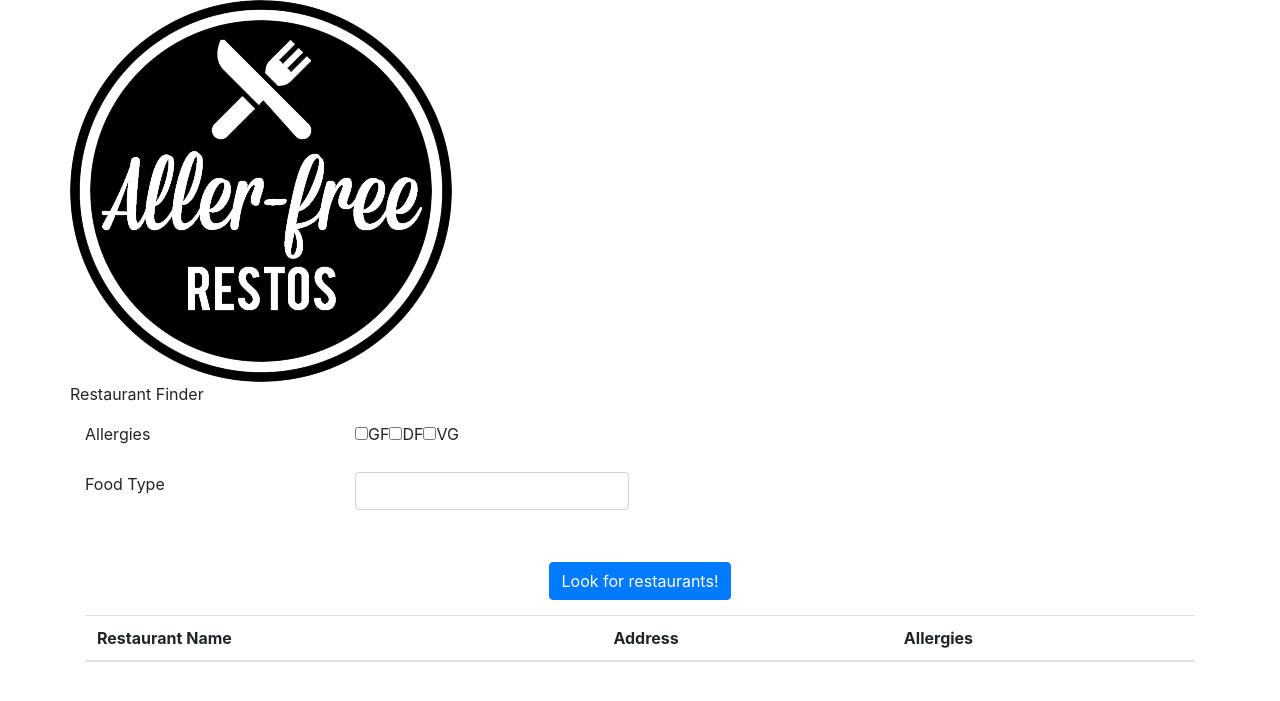
Repository: KobeRox/Loremips
Page: index.html
The author's editor kept a copy of each file at every save. The page is drawn from the files as they stood at one save, then again after the next save.
The browser window is 1280 px wide. The pictures show the whole page.
Some web libraries are served in a nearby version.

Above is the page before, as saved 2019-09-08 16:27:32.
Console error: TypeError: Cannot read properties of undefined (reading 'fn')

### index.html
<html>

<head>
    <link rel="stylesheet" src="style.css">
    <link rel="stylesheet" href="https://stackpath.bootstrapcdn.com/bootstrap/4.3.1/css/bootstrap.min.css"
        integrity="sha384-ggOyR0iXCbMQv3Xipma34MD+dH/1fQ784/j6cY/iJTQUOhcWr7x9JvoRxT2MZw1T" crossorigin="anonymous">
    <script src="https://stackpath.bootstrapcdn.com/bootstrap/4.3.1/js/bootstrap.min.js"
        integrity="sha384-JjSmVgyd0p3pXB1rRibZUAYoIIy6OrQ6VrjIEaFf/nJGzIxFDsf4x0xIM+B07jRM"
        crossorigin="anonymous"></script>
    <script src="https://ajax.googleapis.com/ajax/libs/jquery/3.4.1/jquery.min.js"></script>
    <script src="https://code.jquery.com/ui/1.12.1/jquery-ui.min.js"></script>
    <script src="zomato_cuisines.js"></script>
    <script src="zomato_restaurants.js"></script>
    <script src="contractResponse.js"></script>
    <script src="convertDataToHtml.js"></script>
    <script type="text/javascript" charset="utf-8">

        $(document).ready(function () {
            $("#searchbar").autocomplete({
                minLength: 0,
                source: get_cuisineList(),
                focus: function (event, ui) {
                    $("#searchbar").val(ui.item.label);
                    return false;
                },
                select: function (event, ui) {
                    $("#searchbar").val(ui.item.label);
                    return false;
                }
            })

            $("#clicking").click(function () {
                var search = $('#searchbar').val();
                console.log(search)
                var c_list = get_cuisineList();
                console.log(c_list);
                var c_id = get_cuisineId(search);
                console.log(c_id);
                get_restaurants(c_id, function (data) {
                    console.log(data);
                    convertDataToHtml(data);
                });
            });
        });
    </script>
</head>

<body>
    <div class="container">
        <div class="panel-heading">
            <div class="row">
				<div class="col-xs-12">
					<img src="allerfreerestos_logo.png">
				</div>
            </div>
        </div>
        <div class="panel-body">

            <div class="row" style="text-align: center;">
                <p>Restaurant Finder</p>
            </div>
            <div class="row" style="margin-bottom: 10px;">
                <div class="col-xs-3 col-md-3">
                    <p>Allergies</p>
                </div>
                <div class=" col-xs-3 checkbox" style="margin-top: 0px !important">
                    <label>
                        <input type="checkbox" value="apple">GF
                    </label>
                </div>
                <div class=" col-xs-3 checkbox">
                    <label>
                        <input type="checkbox" value="pear">DF
                    </label>
                </div>
                <div class=" col-xs-3 checkbox">
                    <label>
                        <input type="checkbox" value="orange">VG
                    </label>
                </div>
            </div>


            <div class="row" style="margin-bottom: 50px;">
                <div class="col-xs-3 col-md-3">
                    <p>Food Type</p>
                </div>


                <div >
                    <input type="text" class="form-control" id='searchbar'>
                </div>

            </div>
            <div class="row" style="text-align: center;">
                <div class="col-xs-12 col-md-12">
                    <button type="button" class="btn btn-primary" style="margin-bottom: 15px;" id="clicking">Look
                        for restaurants!</button>
                </div>
            </div>
        </div>

        <div class="row">
            <div class="col-xs-12 col-md-12">
                <table class="table">
                    <thead>
                        <tr>
                            <th scope="col">Restaurant Name</th>
                            <th scope="col">Address</th>
                            <th scope="col">Allergies</th>
                        </tr>
                    <tbody id="restoResults">

                    </tbody>
                    </thead>
                </table>
            </div>


        </div>
        <!-- <div class="panel-footer"></div> -->
    </div>


</body>

</html>

### zomato_cuisines.js
function get_cuisineId(name){

	for(var i=0; i<list_cuisine.length; i++){
		if (list_cuisine[i]["cuisine"]["cuisine_name"] == name)
			return list_cuisine[i]["cuisine"]["cuisine_id"];
	}
}

function get_cuisineList(){
	var cuisine_names= [];
	for(var i=0; i<6; i++){
		cuisine_names.push(list_cuisine[i]["cuisine"]["cuisine_name"]);
	}
	return cuisine_names;
}
var  list_cuisine = [
        {
            "cuisine": {
                "cuisine_id": 6,
                "cuisine_name": "Afghani"
            }
        },
        {
            "cuisine": {
                "cuisine_id": 152,
                "cuisine_name": "African"
            }
        },
        {
            "cuisine": {
                "cuisine_id": 1,
                "cuisine_name": "American"
            }
        },
        {
            "cuisine": {
                "cuisine_id": 4,
                "cuisine_name": "Arabian"
            }
        },
        {
            "cuisine": {
                "cuisine_id": 151,
                "cuisine_name": "Argentine"
            }
        },
        {
            "cuisine": {
                "cuisine_id": 3,
                "cuisine_name": "Asian"
            }
        },
        {
            "cuisine": {
                "cuisine_id": 401,
                "cuisine_name": "Asian Fusion"
            }
        },
        {
            "cuisine": {
                "cuisine_id": 193,
                "cuisine_name": "BBQ"
            }
        },
        {
            "cuisine": {
                "cuisine_id": 5,
                "cuisine_name": "Bakery"
            }
        },
        {
            "cuisine": {
                "cuisine_id": 227,
                "cuisine_name": "Bar Food"
            }
        },
        {
            "cuisine": {
                "cuisine_id": 132,
                "cuisine_name": "Belgian"
            }
        },
        {
            "cuisine": {
                "cuisine_id": 270,
                "cuisine_name": "Beverages"
            }
        },
        {
            "cuisine": {
                "cuisine_id": 159,
                "cuisine_name": "Brazilian"
            }
        },
        {
            "cuisine": {
                "cuisine_id": 133,
                "cuisine_name": "British"
            }
        },
        {
            "cuisine": {
                "cuisine_id": 247,
                "cuisine_name": "Bubble Tea"
            }
        },
        {
            "cuisine": {
                "cuisine_id": 168,
                "cuisine_name": "Burger"
            }
        },
        {
            "cuisine": {
                "cuisine_id": 1039,
                "cuisine_name": "Cafe Food"
            }
        },
        {
            "cuisine": {
                "cuisine_id": 111,
                "cuisine_name": "Cambodian"
            }
        },
        {
            "cuisine": {
                "cuisine_id": 121,
                "cuisine_name": "Cantonese"
            }
        },
        {
            "cuisine": {
                "cuisine_id": 994,
                "cuisine_name": "Charcoal Chicken"
            }
        },
        {
            "cuisine": {
                "cuisine_id": 25,
                "cuisine_name": "Chinese"
            }
        },
        {
            "cuisine": {
                "cuisine_id": 161,
                "cuisine_name": "Coffee and Tea"
            }
        },
        {
            "cuisine": {
                "cuisine_id": 287,
                "cuisine_name": "Colombian"
            }
        },
        {
            "cuisine": {
                "cuisine_id": 144,
                "cuisine_name": "Contemporary"
            }
        },
        {
            "cuisine": {
                "cuisine_id": 35,
                "cuisine_name": "Continental"
            }
        },
        {
            "cuisine": {
                "cuisine_id": 928,
                "cuisine_name": "Creole"
            }
        },
        {
            "cuisine": {
                "cuisine_id": 881,
                "cuisine_name": "Crepes"
            }
        },
        {
            "cuisine": {
                "cuisine_id": 192,
                "cuisine_name": "Deli"
            }
        },
        {
            "cuisine": {
                "cuisine_id": 100,
                "cuisine_name": "Desserts"
            }
        },
        {
            "cuisine": {
                "cuisine_id": 268,
                "cuisine_name": "Drinks Only"
            }
        },
        {
            "cuisine": {
                "cuisine_id": 985,
                "cuisine_name": "Dumplings"
            }
        },
        {
            "cuisine": {
                "cuisine_id": 38,
                "cuisine_name": "European"
            }
        },
        {
            "cuisine": {
                "cuisine_id": 571,
                "cuisine_name": "Falafel"
            }
        },
        {
            "cuisine": {
                "cuisine_id": 40,
                "cuisine_name": "Fast Food"
            }
        },
        {
            "cuisine": {
                "cuisine_id": 1006,
                "cuisine_name": "Fijian"
            }
        },
        {
            "cuisine": {
                "cuisine_id": 112,
                "cuisine_name": "Filipino"
            }
        },
        {
            "cuisine": {
                "cuisine_id": 271,
                "cuisine_name": "Finger Food"
            }
        },
        {
            "cuisine": {
                "cuisine_id": 298,
                "cuisine_name": "Fish and Chips"
            }
        },
        {
            "cuisine": {
                "cuisine_id": 45,
                "cuisine_name": "French"
            }
        },
        {
            "cuisine": {
                "cuisine_id": 1025,
                "cuisine_name": "Fried Chicken"
            }
        },
        {
            "cuisine": {
                "cuisine_id": 501,
                "cuisine_name": "Frozen Yogurt"
            }
        },
        {
            "cuisine": {
                "cuisine_id": 274,
                "cuisine_name": "Fusion"
            }
        },
        {
            "cuisine": {
                "cuisine_id": 134,
                "cuisine_name": "German"
            }
        },
        {
            "cuisine": {
                "cuisine_id": 156,
                "cuisine_name": "Greek"
            }
        },
        {
            "cuisine": {
                "cuisine_id": 181,
                "cuisine_name": "Grill"
            }
        },
        {
            "cuisine": {
                "cuisine_id": 521,
                "cuisine_name": "Hawaiian"
            }
        },
        {
            "cuisine": {
                "cuisine_id": 143,
                "cuisine_name": "Healthy Food"
            }
        },
        {
            "cuisine": {
                "cuisine_id": 1022,
                "cuisine_name": "Hot Pot"
            }
        },
        {
            "cuisine": {
                "cuisine_id": 228,
                "cuisine_name": "Hungarian"
            }
        },
        {
            "cuisine": {
                "cuisine_id": 233,
                "cuisine_name": "Ice Cream"
            }
        },
        {
            "cuisine": {
                "cuisine_id": 148,
                "cuisine_name": "Indian"
            }
        },
        {
            "cuisine": {
                "cuisine_id": 114,
                "cuisine_name": "Indonesian"
            }
        },
        {
            "cuisine": {
                "cuisine_id": 154,
                "cuisine_name": "International"
            }
        },
        {
            "cuisine": {
                "cuisine_id": 140,
                "cuisine_name": "Iranian"
            }
        },
        {
            "cuisine": {
                "cuisine_id": 135,
                "cuisine_name": "Irish"
            }
        },
        {
            "cuisine": {
                "cuisine_id": 55,
                "cuisine_name": "Italian"
            }
        },
        {
            "cuisine": {
                "cuisine_id": 60,
                "cuisine_name": "Japanese"
            }
        },
        {
            "cuisine": {
                "cuisine_id": 265,
                "cuisine_name": "Jewish"
            }
        },
        {
            "cuisine": {
                "cuisine_id": 1042,
                "cuisine_name": "Jiangnan"
            }
        },
        {
            "cuisine": {
                "cuisine_id": 164,
                "cuisine_name": "Juices"
            }
        },
        {
            "cuisine": {
                "cuisine_id": 178,
                "cuisine_name": "Kebab"
            }
        },
        {
            "cuisine": {
                "cuisine_id": 167,
                "cuisine_name": "Kiwi"
            }
        },
        {
            "cuisine": {
                "cuisine_id": 67,
                "cuisine_name": "Korean"
            }
        },
        {
            "cuisine": {
                "cuisine_id": 1021,
                "cuisine_name": "Korean BBQ"
            }
        },
        {
            "cuisine": {
                "cuisine_id": 136,
                "cuisine_name": "Latin American"
            }
        },
        {
            "cuisine": {
                "cuisine_id": 66,
                "cuisine_name": "Lebanese"
            }
        },
        {
            "cuisine": {
                "cuisine_id": 69,
                "cuisine_name": "Malaysian"
            }
        },
        {
            "cuisine": {
                "cuisine_id": 977,
                "cuisine_name": "Meat Pie"
            }
        },
        {
            "cuisine": {
                "cuisine_id": 70,
                "cuisine_name": "Mediterranean"
            }
        },
        {
            "cuisine": {
                "cuisine_id": 73,
                "cuisine_name": "Mexican"
            }
        },
        {
            "cuisine": {
                "cuisine_id": 137,
                "cuisine_name": "Middle Eastern"
            }
        },
        {
            "cuisine": {
                "cuisine_id": 294,
                "cuisine_name": "Modern European"
            }
        },
        {
            "cuisine": {
                "cuisine_id": 1055,
                "cuisine_name": "Modern New Zealand"
            }
        },
        {
            "cuisine": {
                "cuisine_id": 74,
                "cuisine_name": "Mongolian"
            }
        },
        {
            "cuisine": {
                "cuisine_id": 147,
                "cuisine_name": "Moroccan"
            }
        },
        {
            "cuisine": {
                "cuisine_id": 117,
                "cuisine_name": "Nepalese"
            }
        },
        {
            "cuisine": {
                "cuisine_id": 50,
                "cuisine_name": "North Indian"
            }
        },
        {
            "cuisine": {
                "cuisine_id": 321,
                "cuisine_name": "Pacific"
            }
        },
        {
            "cuisine": {
                "cuisine_id": 139,
                "cuisine_name": "Pakistani"
            }
        },
        {
            "cuisine": {
                "cuisine_id": 209,
                "cuisine_name": "Pan Asian"
            }
        },
        {
            "cuisine": {
                "cuisine_id": 162,
                "cuisine_name": "Peruvian"
            }
        },
        {
            "cuisine": {
                "cuisine_id": 1020,
                "cuisine_name": "Pho"
            }
        },
        {
            "cuisine": {
                "cuisine_id": 82,
                "cuisine_name": "Pizza"
            }
        },
        {
            "cuisine": {
                "cuisine_id": 1019,
                "cuisine_name": "Poké"
            }
        },
        {
            "cuisine": {
                "cuisine_id": 87,
                "cuisine_name": "Portuguese"
            }
        },
        {
            "cuisine": {
                "cuisine_id": 983,
                "cuisine_name": "Pub Food"
            }
        },
        {
            "cuisine": {
                "cuisine_id": 320,
                "cuisine_name": "Ramen"
            }
        },
        {
            "cuisine": {
                "cuisine_id": 1033,
                "cuisine_name": "Roast"
            }
        },
        {
            "cuisine": {
                "cuisine_id": 84,
                "cuisine_name": "Russian"
            }
        },
        {
            "cuisine": {
                "cuisine_id": 998,
                "cuisine_name": "Salad"
            }
        },
        {
            "cuisine": {
                "cuisine_id": 304,
                "cuisine_name": "Sandwich"
            }
        },
        {
            "cuisine": {
                "cuisine_id": 83,
                "cuisine_name": "Seafood"
            }
        },
        {
            "cuisine": {
                "cuisine_id": 831,
                "cuisine_name": "Shanghai"
            }
        },
        {
            "cuisine": {
                "cuisine_id": 128,
                "cuisine_name": "Sichuan"
            }
        },
        {
            "cuisine": {
                "cuisine_id": 119,
                "cuisine_name": "Singaporean"
            }
        },
        {
            "cuisine": {
                "cuisine_id": 85,
                "cuisine_name": "South Indian"
            }
        },
        {
            "cuisine": {
                "cuisine_id": 89,
                "cuisine_name": "Spanish"
            }
        },
        {
            "cuisine": {
                "cuisine_id": 86,
                "cuisine_name": "Sri Lankan"
            }
        },
        {
            "cuisine": {
                "cuisine_id": 141,
                "cuisine_name": "Steak"
            }
        },
        {
            "cuisine": {
                "cuisine_id": 90,
                "cuisine_name": "Street Food"
            }
        },
        {
            "cuisine": {
                "cuisine_id": 177,
                "cuisine_name": "Sushi"
            }
        },
        {
            "cuisine": {
                "cuisine_id": 190,
                "cuisine_name": "Taiwanese"
            }
        },
        {
            "cuisine": {
                "cuisine_id": 179,
                "cuisine_name": "Tapas"
            }
        },
        {
            "cuisine": {
                "cuisine_id": 163,
                "cuisine_name": "Tea"
            }
        },
        {
            "cuisine": {
                "cuisine_id": 981,
                "cuisine_name": "Teppanyaki"
            }
        },
        {
            "cuisine": {
                "cuisine_id": 150,
                "cuisine_name": "Tex-Mex"
            }
        },
        {
            "cuisine": {
                "cuisine_id": 95,
                "cuisine_name": "Thai"
            }
        },
        {
            "cuisine": {
                "cuisine_id": 142,
                "cuisine_name": "Turkish"
            }
        },
        {
            "cuisine": {
                "cuisine_id": 1038,
                "cuisine_name": "Uyghur"
            }
        },
        {
            "cuisine": {
                "cuisine_id": 1034,
                "cuisine_name": "Vegan"
            }
        },
        {
            "cuisine": {
                "cuisine_id": 308,
                "cuisine_name": "Vegetarian"
            }
        },
        {
            "cuisine": {
                "cuisine_id": 641,
                "cuisine_name": "Venezuelan"
            }
        },
        {
            "cuisine": {
                "cuisine_id": 99,
                "cuisine_name": "Vietnamese"
            }
        },
        {
            "cuisine": {
                "cuisine_id": 978,
                "cuisine_name": "Yum Cha"
            }
        }
    ]

### zomato_restaurants.js
function get_restaurants(cuisine_id, callback) {
  $.ajax({
    url:
      "https://developers.zomato.com/api/v2.1/search?city_id=70&cuisines=" +
      cuisine_id,
    type: "GET",
    //d323749b276f5be54a2e776c45a7ad1a
    //b17db59020e7fbe543111e1e6c2e5ecb
    beforeSend: function(xhr) {
      xhr.setRequestHeader("user-key", "d323749b276f5be54a2e776c45a7ad1a");
    },
    success: function(data) {
      callback(convertContract(data));
    }
  });
}

### contractResponse.js
function convertContract(input) {
  var results = [];

  for (var x = 0; x < input.results_shown; x++) {
    results.push({
      restaurantName: input.restaurants[x].restaurant.name,
      address: input.restaurants[x].restaurant.location.address,
      allergies: input.restaurants[x].restaurant.cuisines.split(",")
    });
  }
  return results;
}

### convertDataToHtml.js

function convertDataToHtml(data){
    var html;
    var test2 = document.getElementById('restoResults');
    test2.innerHTML = " ";
    for(var test in data){
        let dataRow = data[test]
        var row = document.createElement('tr');
        for (var property in dataRow) {
            var th = document.createElement('td');
            th.scope = "col";
            th.innerText = dataRow[property];
            row.appendChild(th);
        }
        test2.appendChild(row);
    }
    return html;
}

After the next save:
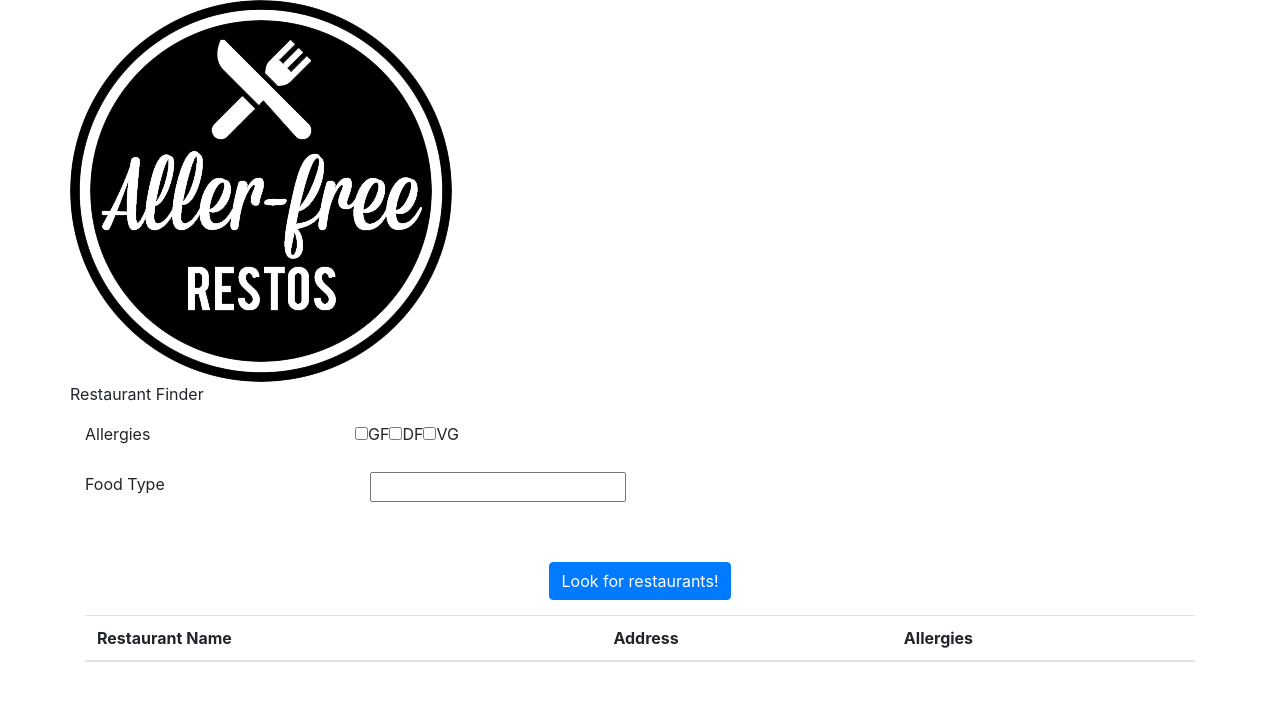
Saved 23 s later.
--- a/index.html
+++ b/index.html
@@ -87,8 +87,8 @@
                 </div>
 
 
-                <div >
-                    <input type="text" class="form-control" id='searchbar'>
+                <div class="col-xs-9 col-md-9">
+                    <input type="text" id='searchbar'>
                 </div>
 
             </div>
